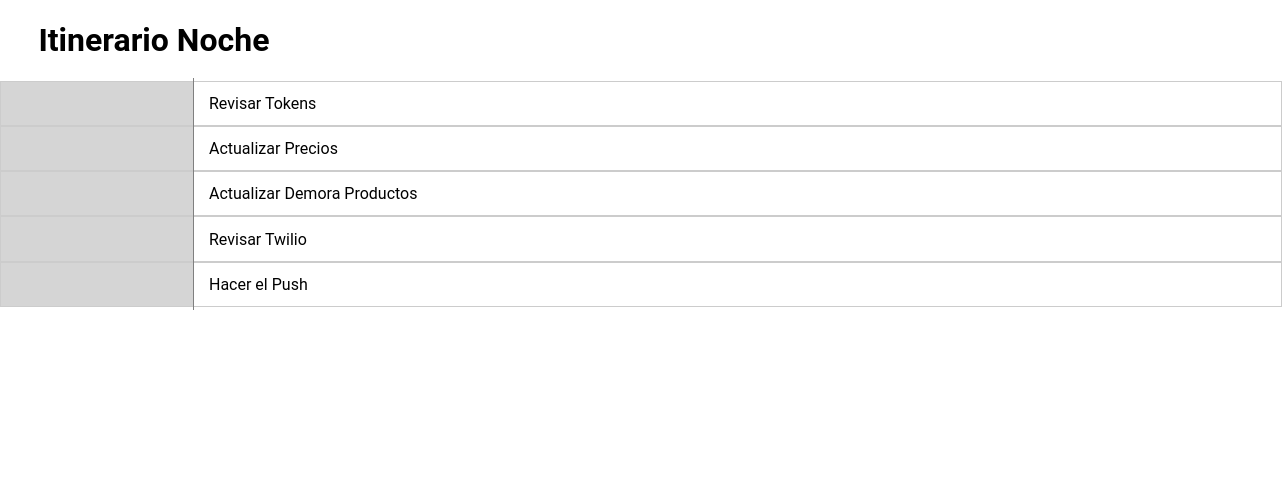
Repository: aCoupon0/intranet
Page: 1/iti-noche.html
These files come from the project's save history. The page is drawn as it stood at one moment and after the next save; the edit follows.
The browser window is 1280 px wide. The page is 1282 px wide, so the pictures cover 1282 px, including what lies to the right of the window. The pictures show the whole page.

Above is the page before, as saved 2024-12-11 11:30:57.

### 1/iti-noche.html
<!DOCTYPE html>
<html lang="es">

<head>
    <meta charset="UTF-8">
    <meta name="viewport" content="width=device-width, initial-scale=1.0">
    <title>Intranet DermaBox</title>
    <link rel="stylesheet" href="../css/gasto.css">
</head>
<body>
    <h1 class="title">Itinerario Noche</h1>
    <div class="container">
        <div class="checkbox" onclick="toggleCheckbox(this)"></div>
        <div class="text-container">
            <p>Revisar Tokens</p>
        </div>
    </div>
    <div class="container">
        <div class="checkbox" onclick="toggleCheckbox(this)"></div>
        <div class="text-container">
            <p>Actualizar Precios</p>
        </div>
    </div>
    <div class="container">
        <div class="checkbox" onclick="toggleCheckbox(this)"></div>
        <div class="text-container">
            <p>Actualizar Demora Productos</p>
        </div>
    </div>
    <div class="container">
        <div class="checkbox" onclick="toggleCheckbox(this)"></div>
        <div class="text-container">
            <p>Revisar Twilio</p>
        </div>
    </div>
    <div class="container">
        <div class="checkbox" onclick="toggleCheckbox(this)"></div>
        <div class="text-container">
            <p>Hacer el Push</p>
        </div>
    </div>

    <script>
        function toggleCheckbox(element) {
            element.classList.toggle('active');
        }
    </script>
</body>

</html>

### css/gasto.css
body {
    margin: 0;
    font-family: 'Roboto', system-ui, -apple-system, BlinkMacSystemFont, 'Segoe UI', sans-serif;
}

h1 {
    font-size: 2rem;
    margin-left: 3%;
}

.container {
    width: 100%;
    height: 6vh;
    display: flex;
    align-items: center;
    border: 1px solid #ccc;
}
.checkbox {
    width: 15vw;
    height: 100%;
    background-color: rgb(213, 213, 213);
    display: flex;
    justify-content: center;
    align-items: center;
    cursor: pointer;
    transition: background-color 0.3s;
}
.checkbox.active {
    background-color: blue;
}
.text-container {
    flex: 1;
    display: flex;
    align-items: center;
    text-align: left;
    padding: 0 15px;
    border-left: 1px solid grey;
}

After the next save:
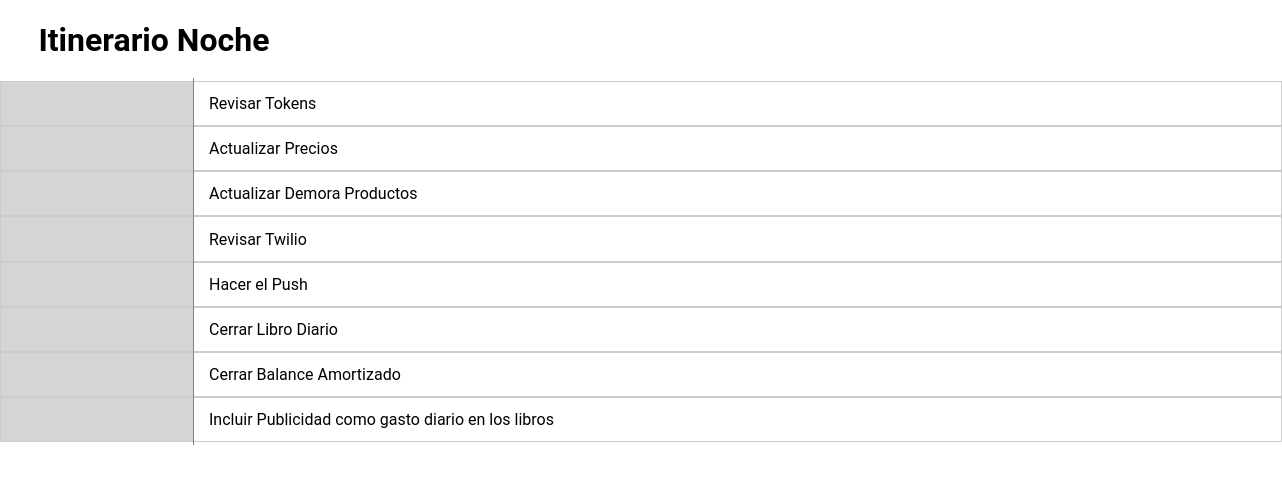
Saved 85 s later.
--- a/1/iti-noche.html
+++ b/1/iti-noche.html
@@ -39,7 +39,24 @@
             <p>Hacer el Push</p>
         </div>
     </div>
-
+    <div class="container">
+        <div class="checkbox" onclick="toggleCheckbox(this)"></div>
+        <div class="text-container">
+            <p>Cerrar Libro Diario</p>
+        </div>
+    </div>
+    <div class="container">
+        <div class="checkbox" onclick="toggleCheckbox(this)"></div>
+        <div class="text-container">
+            <p>Cerrar Balance Amortizado</p>
+        </div>
+    </div>
+    <div class="container">
+        <div class="checkbox" onclick="toggleCheckbox(this)"></div>
+        <div class="text-container">
+            <p>Incluir Publicidad como gasto diario en los libros</p>
+        </div>
+    </div>
     <script>
         function toggleCheckbox(element) {
             element.classList.toggle('active');
